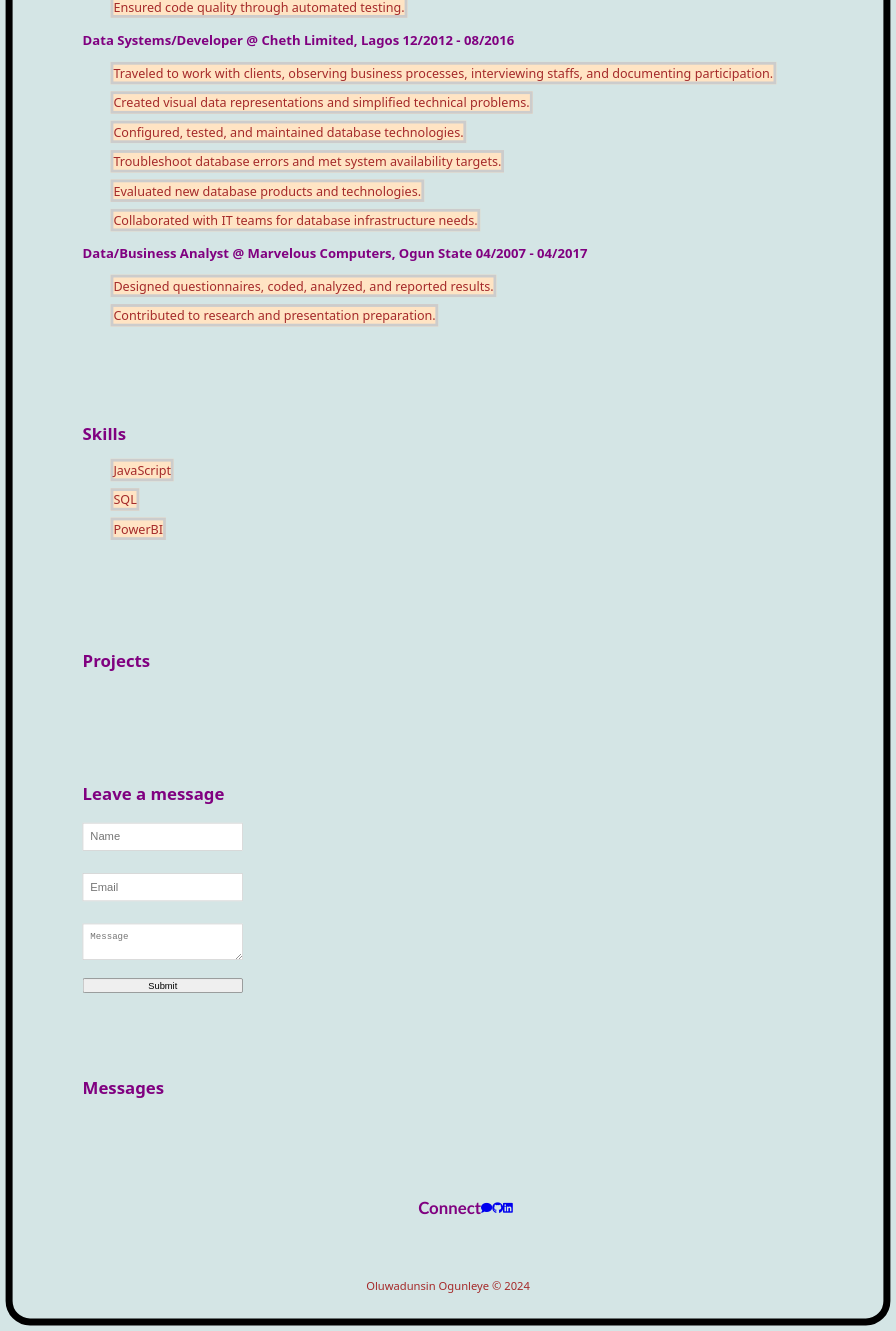
Repository: aloroduns/intro-to-programming-2023
Page: index.html
These files come from the project's save history. The page is drawn as it stood at one moment and after a run of saves; the edit follows.
The browser window is 1280 px wide. The pictures show the part of the page from y = 808 to 2728 px (the page is 2710 px tall before and 2728 px after), at 70% of full size.
The page's requests for data from a server got no answer.

Above is the page before, as saved 2024-01-23 13:11:18.

After the next 4 saves:
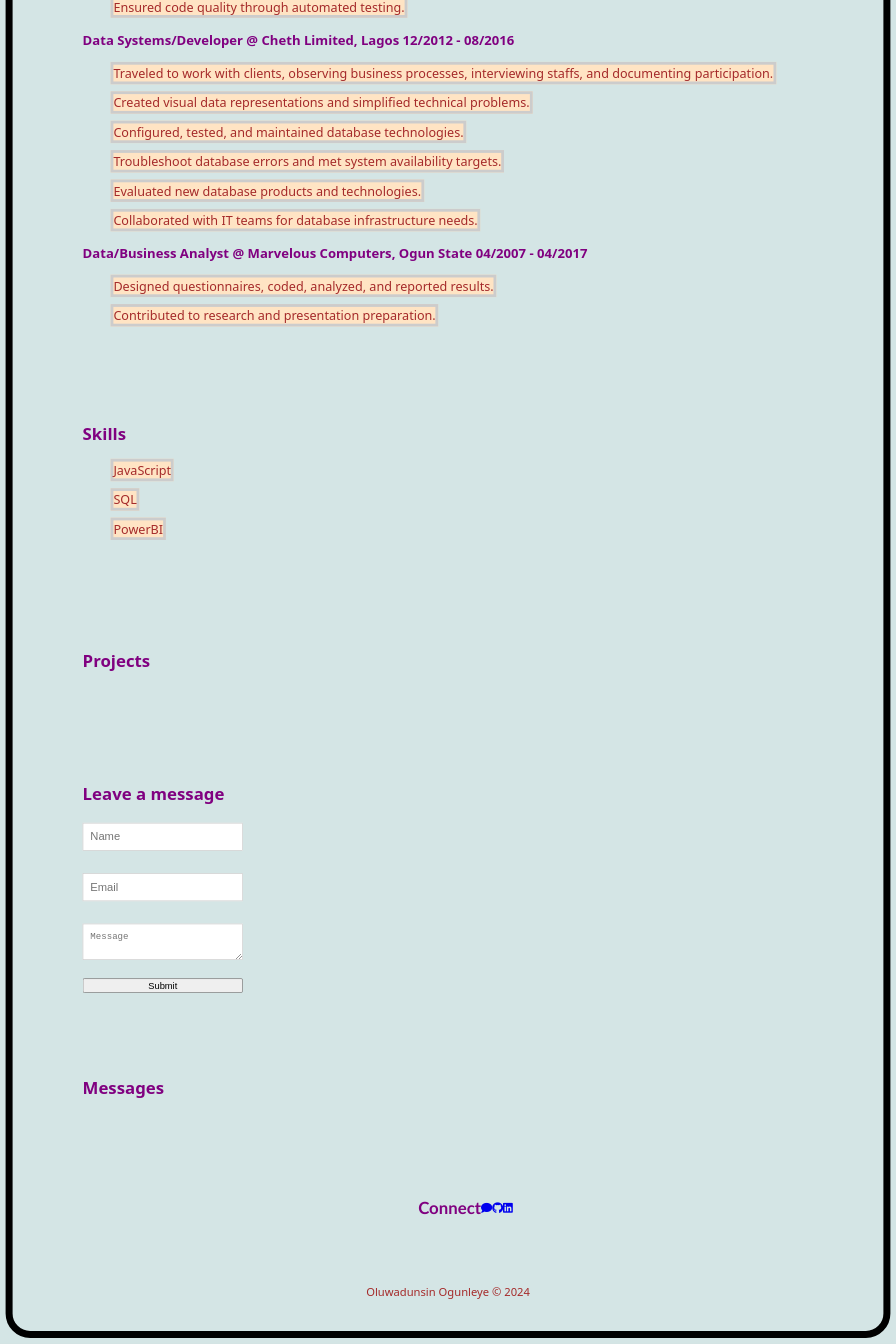
The 4 saves are shown as one change because they came seconds apart.
The last was saved 16 s later.
--- a/index.css
+++ b/index.css
@@ -162,5 +162,5 @@
     display: flex;
     justify-content: center;
     align-items: center;
-
+    height: 10vh;
 }

After the 3 saves that followed:
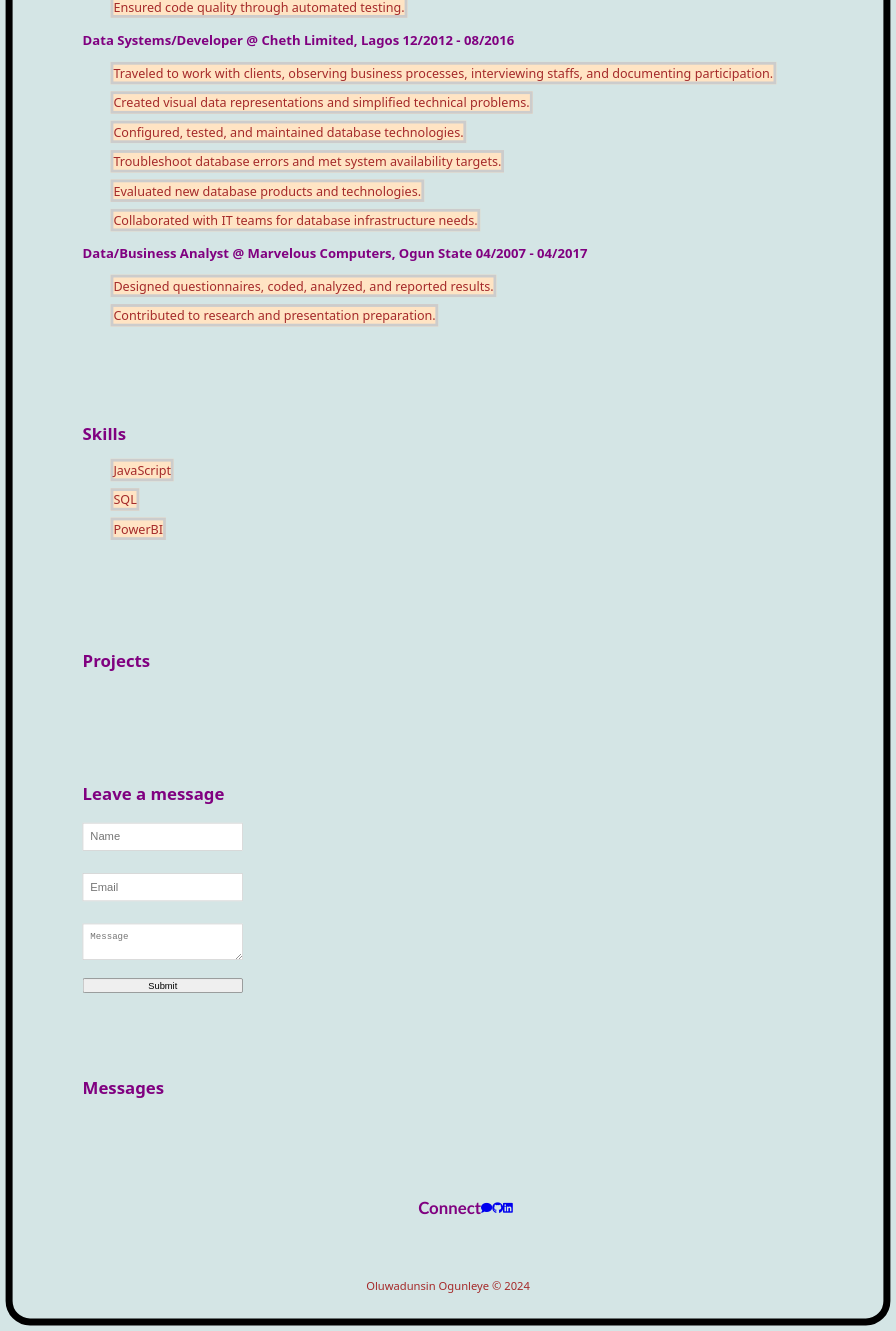
The 3 saves are shown as one change because they came seconds apart.
The last was saved 22 s later.
--- a/index.css
+++ b/index.css
@@ -162,5 +162,4 @@
     display: flex;
     justify-content: center;
     align-items: center;
-    height: 10vh;
 }
